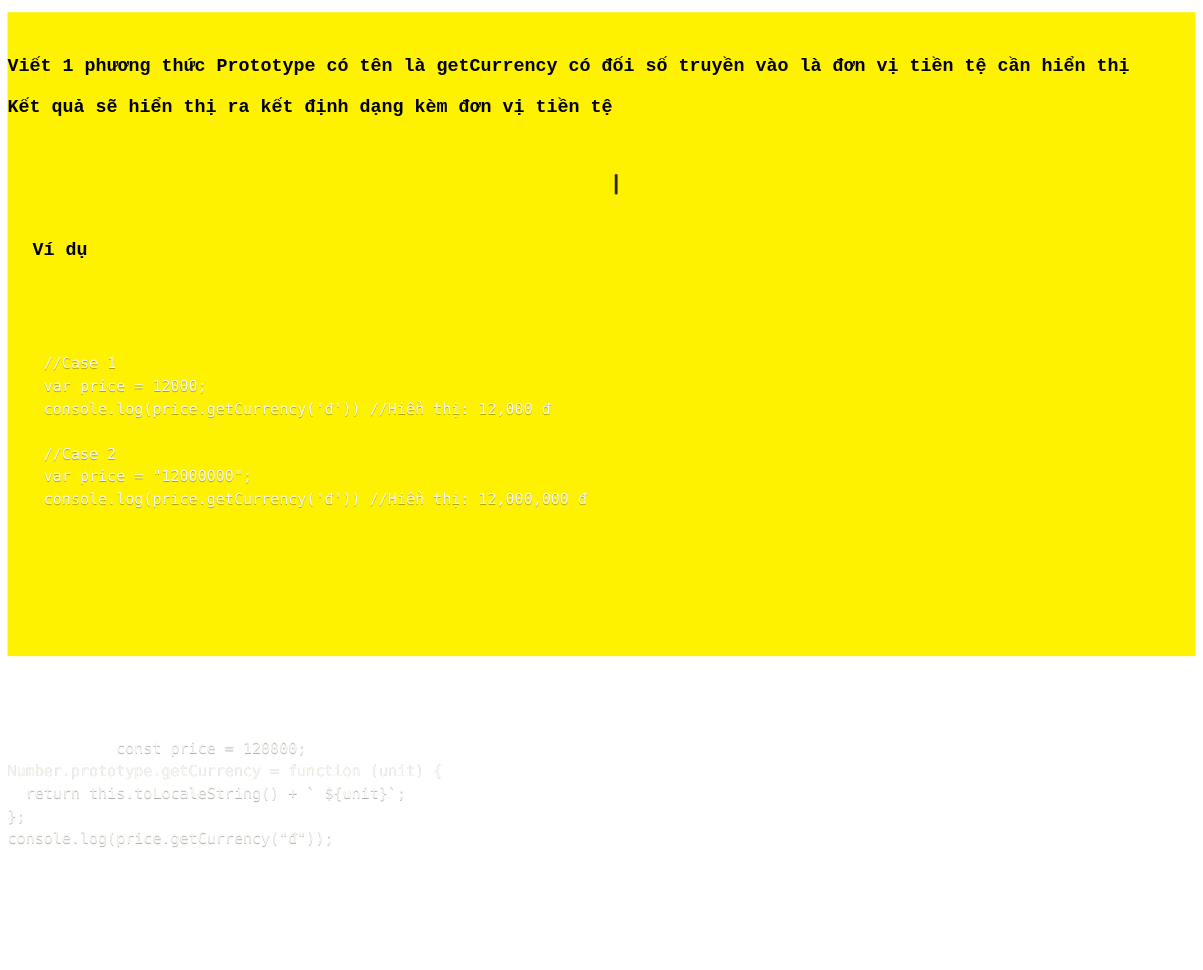
Repository: Dongnguyen318/Quydong
Page: Day 22/ex02.html
These files come from the project's save history. The page is drawn as it stood at one moment and after the next save; the edit follows.
The browser window is 1280 px wide. The pictures show the whole page, at 94% of full size.

Above is the page before, as saved 2023-08-29 23:57:43.

### Day 22/ex02.html
<!DOCTYPE html>
<html lang="en">
  <head>
    <meta charset="UTF-8" />
    <meta name="viewport" content="width=device-width, initial-scale=1.0" />
    <title>Document</title>
    <link
      rel="stylesheet"
      href="https://cdn.jsdelivr.net/npm/prismjs@1.29.0/themes/prism-okaidia.min.css"
    />
    <script src="./js/2.js"></script>
  </head>
  <body>
    <pre style="background-color: rgb(255, 242, 0)">
        <code >
            <h2>Viết 1 phương thức Prototype có tên là getCurrency có đối số truyền vào là đơn vị tiền tệ cần hiển thị

Kết quả sẽ hiển thị ra kết định dạng kèm đơn vị tiền tệ</h2>
<p style="text-align: center;">
    <code class="language-js">
    </code>
    <h2 style="padding: 15px;" > Ví dụ</h2>
    <pre>
        <code class="language-js" >
    //Case 1
    var price = 12000;
    console.log(price.getCurrency('đ')) //Hiển thị: 12,000 đ

    //Case 2
    var price = "12000000";
    console.log(price.getCurrency('đ')) //Hiển thị: 12,000,000 đ
        </code>
    </pre>


</p>
        </code>
    </pre>
    <br />
    <br />
    <pre>
        <code class="language-js">
            const price = 120000;
Number.prototype.getCurrency = function (unit) {
  return this.toLocaleString() + ` ${unit}`;
};
console.log(price.getCurrency("đ"));



        </code>
    </pre>
    <script src="https://cdn.jsdelivr.net/npm/prismjs@1.29.0/components/prism-core.min.js"></script>
    <script src="https://cdn.jsdelivr.net/npm/prismjs@1.29.0/plugins/autoloader/prism-autoloader.min.js"></script>
  </body>
</html>

### Day 22/js/2.js
var price = 100000;
Number.prototype.getCurrency = function (unit) {
  return this.toLocaleString() + ` ${unit}`;
};
console.log(price.getCurrency("đ"));

After the next save:
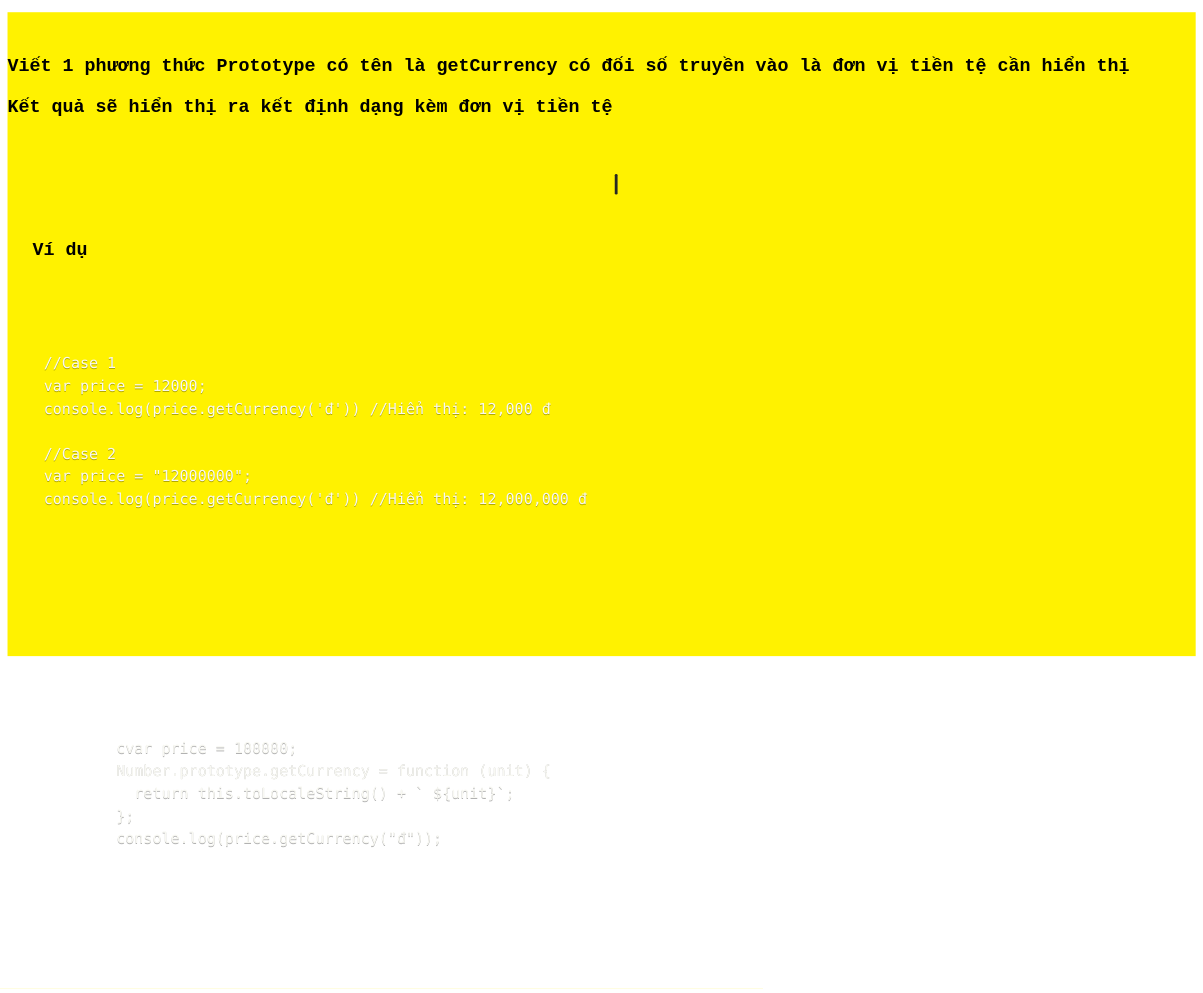
Saved 17 s later.
--- a/Day 22/ex02.html
+++ b/Day 22/ex02.html
@@ -40,11 +40,12 @@ Kết quả sẽ hiển thị ra kết định dạng kèm đơn vị tiền t
     <br />
     <pre>
         <code class="language-js">
-            const price = 120000;
-Number.prototype.getCurrency = function (unit) {
-  return this.toLocaleString() + ` ${unit}`;
-};
-console.log(price.getCurrency("đ"));
+            cvar price = 100000;
+            Number.prototype.getCurrency = function (unit) {
+              return this.toLocaleString() + ` ${unit}`;
+            };
+            console.log(price.getCurrency("đ"));
+
 
 
 
